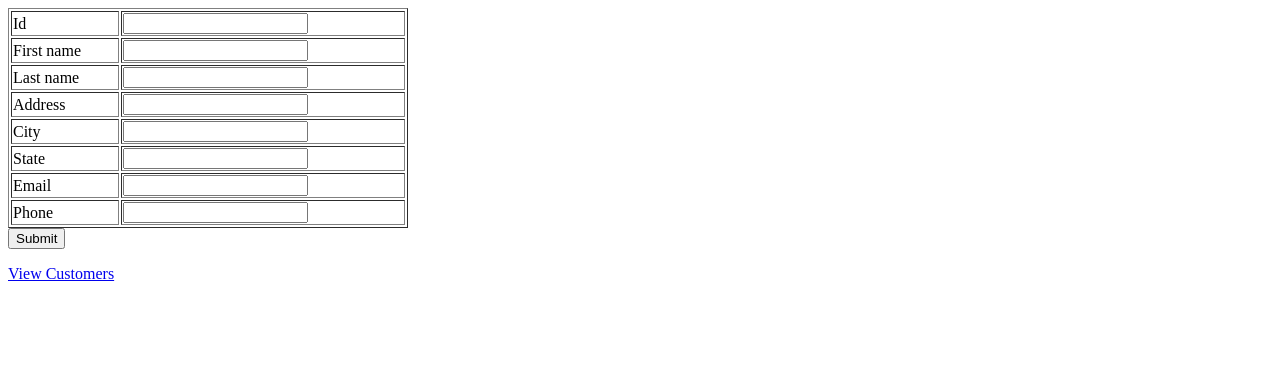
Repository: Shamanth-S/Customer-management
Page: User Management/src/main/webapp/add.html
These files come from the project's save history. The page is drawn as it stood at one moment and after the next save; the edit follows.
The browser window is 1280 px wide. The pictures show the whole page.

Above is the page before, as saved 2023-09-07 06:15:54.

After the next save:
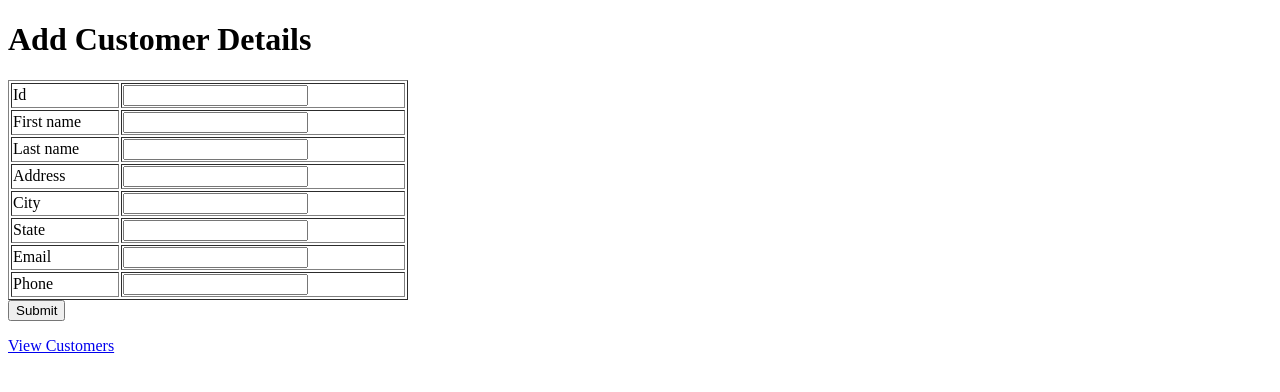
Saved 49 s later.
--- a/User Management/src/main/webapp/add.html
+++ b/User Management/src/main/webapp/add.html
@@ -5,6 +5,7 @@
 <title>Add Customer</title>
 </head>
 <body>
+	<h1>Add Customer Details</h1>
 	<form method = "POST" action = "Customer">
 		<table width = "400px" border = "1">
 
